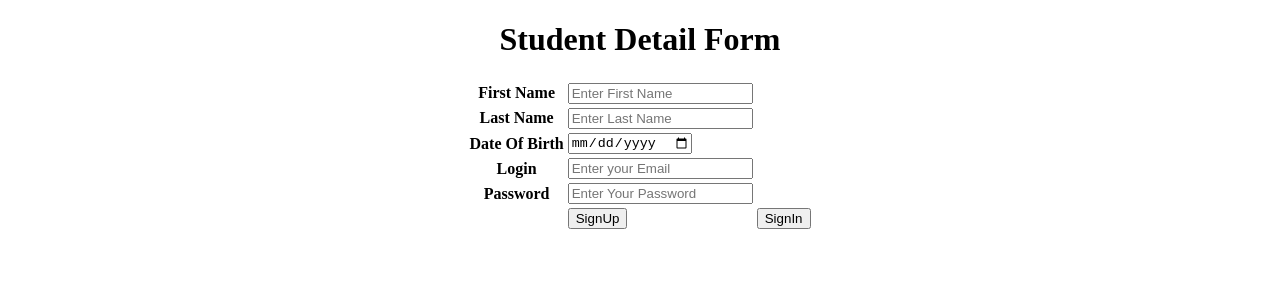
Repository: Abhi070717/Advance-Java
Page: http://localhost/jsp-servlet/UserForm.jsp
The author's editor kept a copy of each file at every save. The page is drawn from the files as they stood at one save, then again after the next save.
The browser window is 1280 px wide. The pictures show the whole page.
The page is served by Tomcat 9. Other server files are loaded and not shown.

Above is the page before, as saved 2026-01-21 11:08:15.

### Jsp-servlet/jsp-servlet/WebContent/UserForm.jsp
<%@ page language="java" contentType="text/html; charset=ISO-8859-1"
	pageEncoding="ISO-8859-1"%>
<!DOCTYPE html>
<html>
<head>
<meta charset="ISO-8859-1">
<title>Student Form</title>
</head>
<body>

	<div align="center">

		<form>
			<h1>Student Detail Form</h1>
			<table>
				<tr>
					<th>First Name</th>
					<td><input type="text" name="firstName" value=""
						placeholder="Enter First Name"></td>
				</tr>
				<tr>
					<th>Last Name</th>
					<td><input type="text" name="lastName" value=""
						placeholder="Enter Last Name"></td>
				</tr>
				<tr>
					<th>Date Of Birth</th>
					<td><input type="date" name="DOB" value=""></td>
				</tr>
				<tr>
					<th>Login</th>
					<td><input type="email" name="login" value=""
						placeholder="Enter your Email"></td>
				</tr>
				<tr>
					<th>Password</th>
					<td><input type="password" id="password" name="password"
						placeholder="Enter Your Password"></td>
				</tr>
					<th></th>
					<td><input type="Submit" name="operation" value="SignUp"></td> <td><input type="Submit" name="operation" value="SignIn"></td>
				</tr>
			</table>

		</form>

	</div>

</body>
</html>

After the next save:
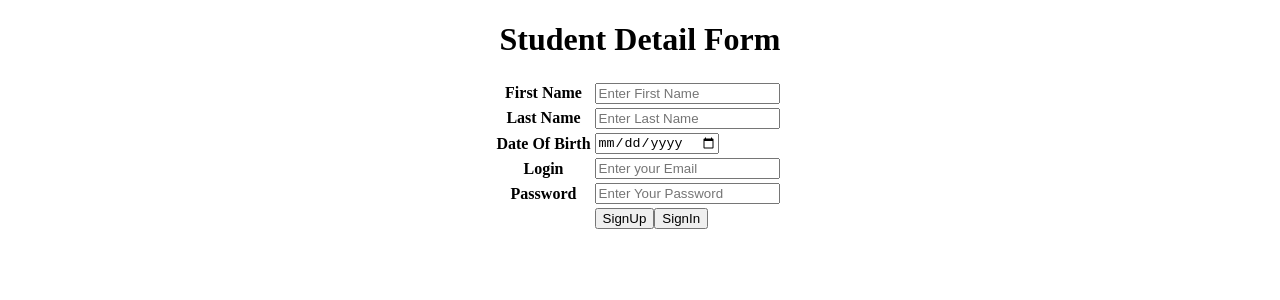
Saved 19 s later.
--- a/Jsp-servlet/jsp-servlet/WebContent/UserForm.jsp
+++ b/Jsp-servlet/jsp-servlet/WebContent/UserForm.jsp
@@ -38,7 +38,7 @@
 						placeholder="Enter Your Password"></td>
 				</tr>
 					<th></th>
-					<td><input type="Submit" name="operation" value="SignUp"></td> <td><input type="Submit" name="operation" value="SignIn"></td>
+					<td><input type="Submit" name="operation" value="SignUp"><input type="Submit" name="operation" value="SignIn"></td> <td></td>
 				</tr>
 			</table>
 
